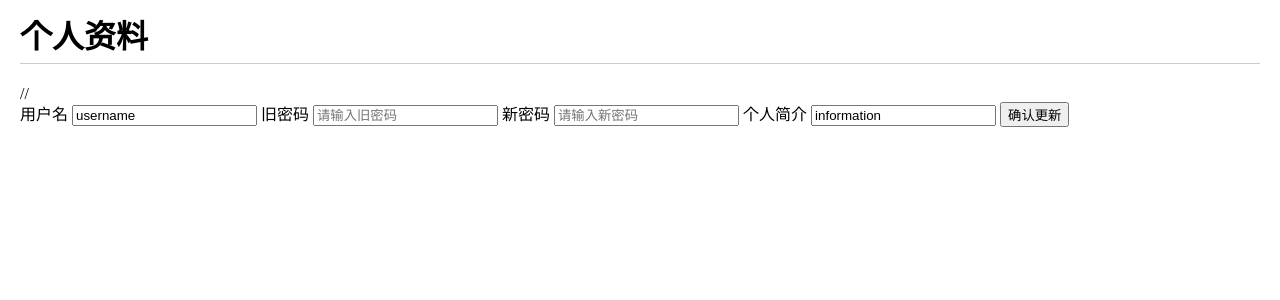
Repository: pine-chen/blog
Page: nodeJS-blog/html-test/information.html
These files come from the project's save history. The page is drawn as it stood at one moment and after the next save; the edit follows.
The browser window is 1280 px wide. The pictures show the whole page.

Above is the page before, as saved 2019-12-30 16:55:38.

### nodeJS-blog/html-test/information.html
<!DOCTYPE html>
<html>
<head>
    <meta charset="UTF-8">
    <meta name="viewport" content="width=device-width, initial-scale=1.0">
    <meta http-equiv="X-UA-Compatible" content="ie=edge">
    <title>个人资料</title>
    <style type="text/css">
        body {
            margin: 0 20px;
            line-height: 1;
        }
    </style>
</head>
<body>
    <h1 style="border-bottom: 1px solid #ccc; padding-bottom: 10px;">个人资料</h1>

    //
    <div>
        <label>
            用户名 <input type="text" id="textUsername" value="username"/>
        </label>
        <label>
            旧密码 <input type="password" id="textOldPassword" placeholder="请输入旧密码"/>
        </label>
        <label>
            新密码 <input type="password" id="textNewPassword" placeholder="请输入新密码"/>
        </label>
        <label>
            个人简介 <input type="text" id="textInformation" value="information"/>
        </label>
        <button id="btnUpdate">确认更新</button>
    </div>



    <script src="https://cdn.bootcss.com/jquery/3.3.1/jquery.js"></script>
    <script>
       //数取数据到value处
        // 发送 post 请求
        function post(url, data = {}) {
            return $.ajax({
                type: 'post',
                url,
                data: JSON.stringify(data),
                contentType: "application/json",
            })
        }

        $('#btnUpdate').click(() => {
            const username = $('#textUsername').val()
            const oldPassword = $('#textOldPassword').val()
            const newPassword = $('#textNewPassword').val()
            const information = $('#textInformation').val()
            const url = '/api/user/info'
            const data = {
                username,
                oldPassword,
                newPassword,
                information
            }
            post(url, data).then(res => {
                if (res.errno === 1) {
                    //更新成功
                    location.href = './information.html'
                } else {
                    // 更新失败
                    alert(res.message)
                }
            })
        })
    </script>
</body>
</html>

After the next save:
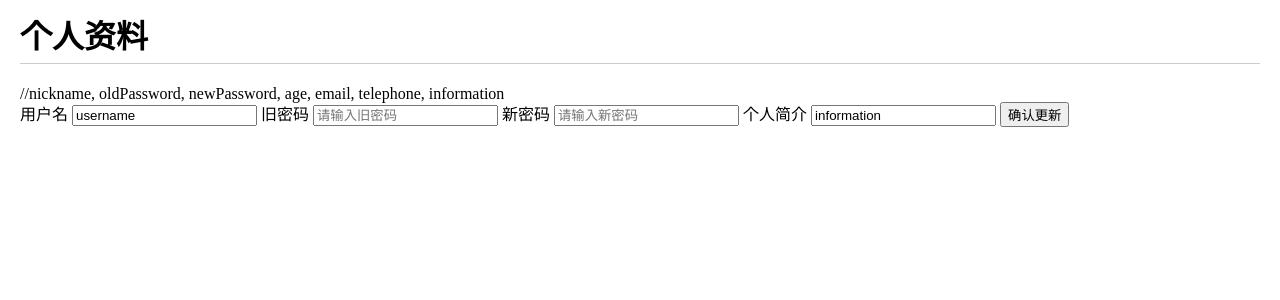
Saved 2 s later.
--- a/nodeJS-blog/html-test/information.html
+++ b/nodeJS-blog/html-test/information.html
@@ -15,7 +15,7 @@
 <body>
     <h1 style="border-bottom: 1px solid #ccc; padding-bottom: 10px;">个人资料</h1>
 
-    //
+    //nickname, oldPassword, newPassword, age, email, telephone, information
     <div>
         <label>
             用户名 <input type="text" id="textUsername" value="username"/>
